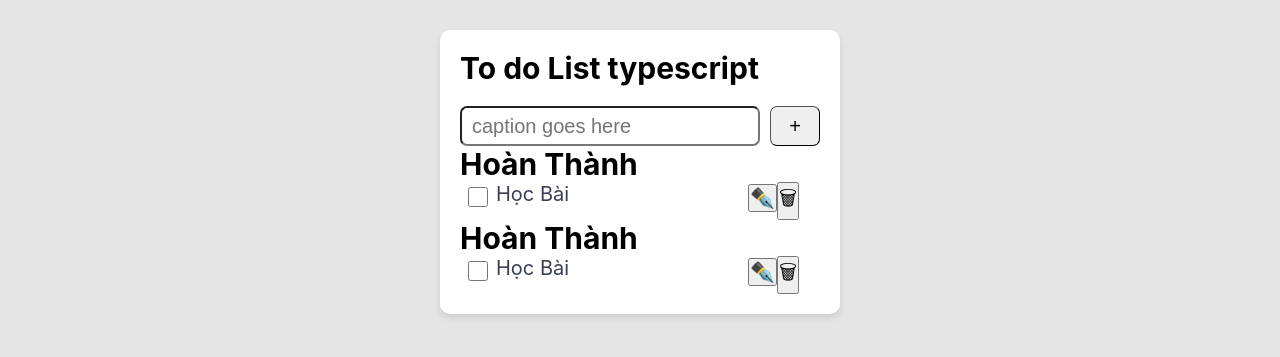
Repository: hungdomanh95/focus
Page: /
These files come from the project's save history. The page is drawn as it stood at one moment and after the next save; the edit follows.
The browser window is 1280 px wide. The pictures show the whole page.
The project was rebuilt for these pictures with package versions that can differ from the ones it lists, and the page was loaded fresh each time.

Above is the page before, as saved 2023-04-06 23:42:25.

### src/index.css
*{
 margin:0;
 padding:0;
 box-sizing: border-box;
}
html{
  font-size: 10px;
  --font-size:2rem
}
body {
  margin: 0;
  font-size: var(--font-size);
  font-family: -apple-system, BlinkMacSystemFont, 'Segoe UI', 'Roboto', 'Oxygen',
    'Ubuntu', 'Cantarell', 'Fira Sans', 'Droid Sans', 'Helvetica Neue',
    sans-serif;
  -webkit-font-smoothing: antialiased;
  -moz-osx-font-smoothing: grayscale;
  background-color: #e5e5e5;
}
input, button{
  font-size: var(--font-size);
  outline: 0;
}
code {
  font-family: source-code-pro, Menlo, Monaco, Consolas, 'Courier New',
    monospace;
}

### src/App.tsx
import React, { useState } from "react";
import PushNotification from "./components/PushNotification";
import TodoList from "./components/TodoList";
function App() {

  return (
    <div className="App">
      {/* <PushNotification/> */}
      <TodoList/>
    </div>
  );
}

export default App;

### src/components/TodoList/index.ts
import TodoList from "./TodoList";

export default TodoList

### src/components/TodoList/TodoList.tsx
import React, { useState } from 'react'
import { Todo } from '../../@types/todo.type'
import TaskInput from '../TaskInput'
import TaskList from '../TaskList'
import styles from './todoList.module.scss'
function TodoList() {
  const [todos, setTodos] = useState<Todo[]>([])

  const doneTodos = todos.filter((todo) => todo.done)
  const notDoneTodos = todos.filter((todo) => !todo.done)

  const addTodo = (name: string) => {
    const todo: Todo = {
      name,
      done: false,
      id: new Date().toISOString()
    }
    setTodos((prev) => [...prev, todo])
  }

  const handleDoneTodo = (id: string, done: boolean) => {
    setTodos((prev) => {
      return prev.map((item) => {
        if (item.id === id) {
          return { ...item, done }
        }
        return item
      })
    })
  }
  console.log('todos: ', todos)

  return (
    <div className={styles.todoList}>
      <div className={styles.todoListContainer}>
        <TaskInput addTodo={addTodo} />
        <TaskList todos={notDoneTodos} handleDoneTodo={handleDoneTodo} />
        <TaskList doneTaskList todos={doneTodos} handleDoneTodo={handleDoneTodo} />
      </div>
    </div>
  )
}

export default TodoList

### src/components/TaskInput/index.ts
import TaskInput from "./TaskInput";

export default TaskInput

### src/components/TaskList/index.ts
import TaskList from "./TaskList";

export default TaskList

### src/components/TodoList/todoList.module.scss
.todoList{
  padding:3rem
}
.todoListContainer{
  background-color: #fff;
  max-width: 40rem;
  padding:2rem;
  margin-left: auto;
  margin-right: auto;
  border-radius: 1rem;
  box-shadow: 0px 4px 6px rgba(0,0,0,0.1);
}

### src/components/TaskInput/TaskInput.tsx
import React from 'react'
import styles from "./taskInput.module.scss"
function TaskInput() {
  return (
    <div>
      <h1 className={styles.title}>
        To do List typescript
      </h1>
      <form className={styles.form}>
        <input type="text" placeholder='caption goes here' />
        <button type="submit" >+</button>
      </form>
    </div>
  )
}

export default TaskInput

### src/components/TaskList/TaskList.tsx
import React from 'react'
import styles from './taskList.module.scss'
function TaskList() {
  return (
    <div>
      <h2 className='styles.title'>Hoàn Thành</h2>
      <div className={styles.tasks}>
        <div className={styles.task}>
          <input type='checkbox' className={styles.taskCheckbox} />
          <span className={styles.taskName}>Học Bài</span>
          <div className={styles.taskAction}>
            <button className={styles.taskBtn}>✒️</button>
            <button className={styles.taskBtn}>🗑</button>
          </div>
        </div>
      </div>
    </div>
  )
}

export default TaskList

### src/components/TaskInput/taskInput.module.scss
.title {
  font-size: 3rem;
  margin-bottom: 2rem;
}
.form {
  display: flex;
  align-items: center;
  input {
    height: 4rem;
    flex-grow: 1;
    margin-right: 1rem;
    border-radius: 0.7rem;
    padding: 0 1rem;
    border-width: 2px;
  }
  button {
    flex-shrink: 0;
    width: 5rem;
    height: 4rem;
    border-radius: 0.7rem;
    display: flex;
    justify-content: center;
    align-items: center;
    padding: 0;
    border-width: 1px;
  }
}

### src/components/TaskList/taskList.module.scss

.title{
  margin-bottom: 2rem;
}
.task{
  display: flex;
  align-items: flex-start;
  &:not(:last-child){
    margin-bottom: 1rem;
  }
}
.taskCheckbox{
  flex:0 0 10%;
  max-width: 10%;
  height: 2rem;
  margin-top: 0.5rem;
}
.taskName{
  flex:0 0 70%;
  max-width: 70%;
  padding:0 0 0.5rem;
  color:#383f50;
  &.taskNameDone{
    color:#b2b7bb;
    text-decoration: line-through;
  }
}

Loaded but not shown: public/index.html (common file); src/index.tsx (common file); src/reportWebVitals.ts (common file)

After the next save:
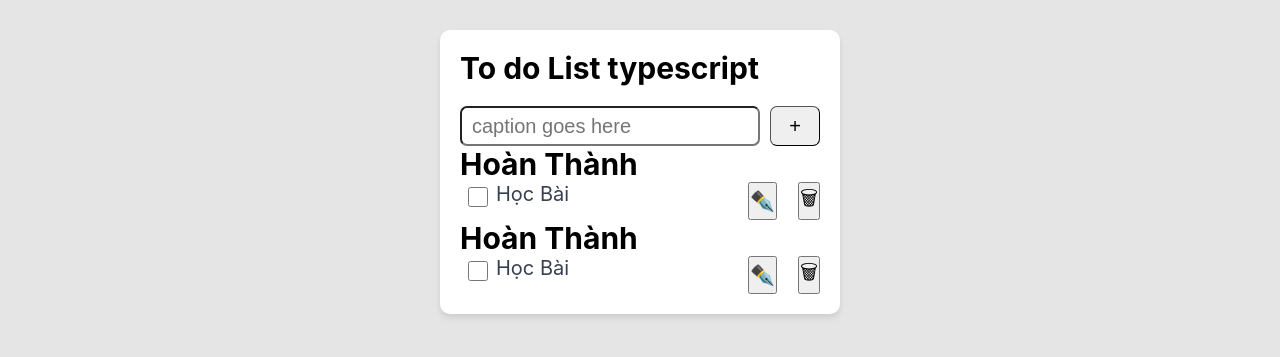
Saved 54 s later.
--- a/src/components/TaskList/taskList.module.scss
+++ b/src/components/TaskList/taskList.module.scss
@@ -25,3 +25,9 @@
     text-decoration: line-through;
   }
 }
+.taskAction{
+  flex:0 0 20%;
+  max-width: 20%;
+  display: flex;
+  justify-content: space-between;
+}
